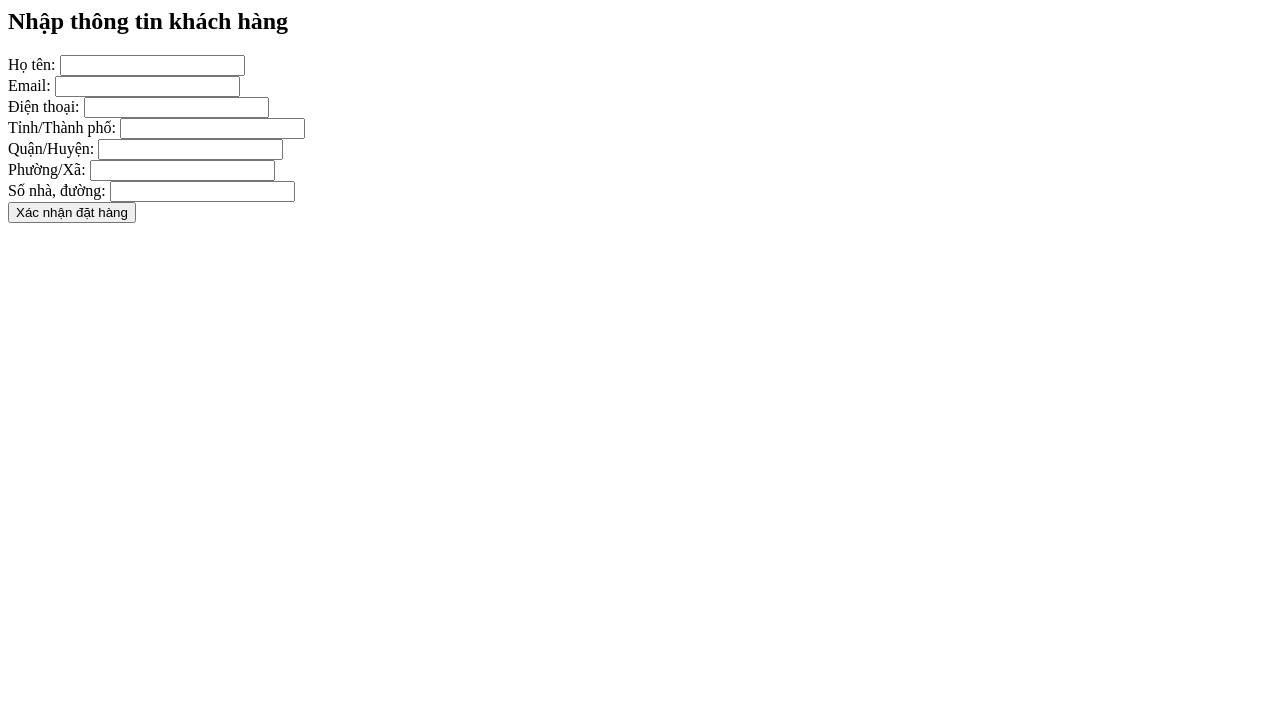
Repository: kienNB2005/QLBanHang
Page: http://localhost/views/client/order/info.php
These files come from the project's save history. The page is drawn as it stood at one moment and after the next save; the edit follows.
The browser window is 1280 px wide. The pictures show the whole page.
The page is run by PHP 8.4 with error messages shown; the project is at /var/www/html/.

Above is the page before, as saved 2025-09-16 00:25:39.

After the next save:
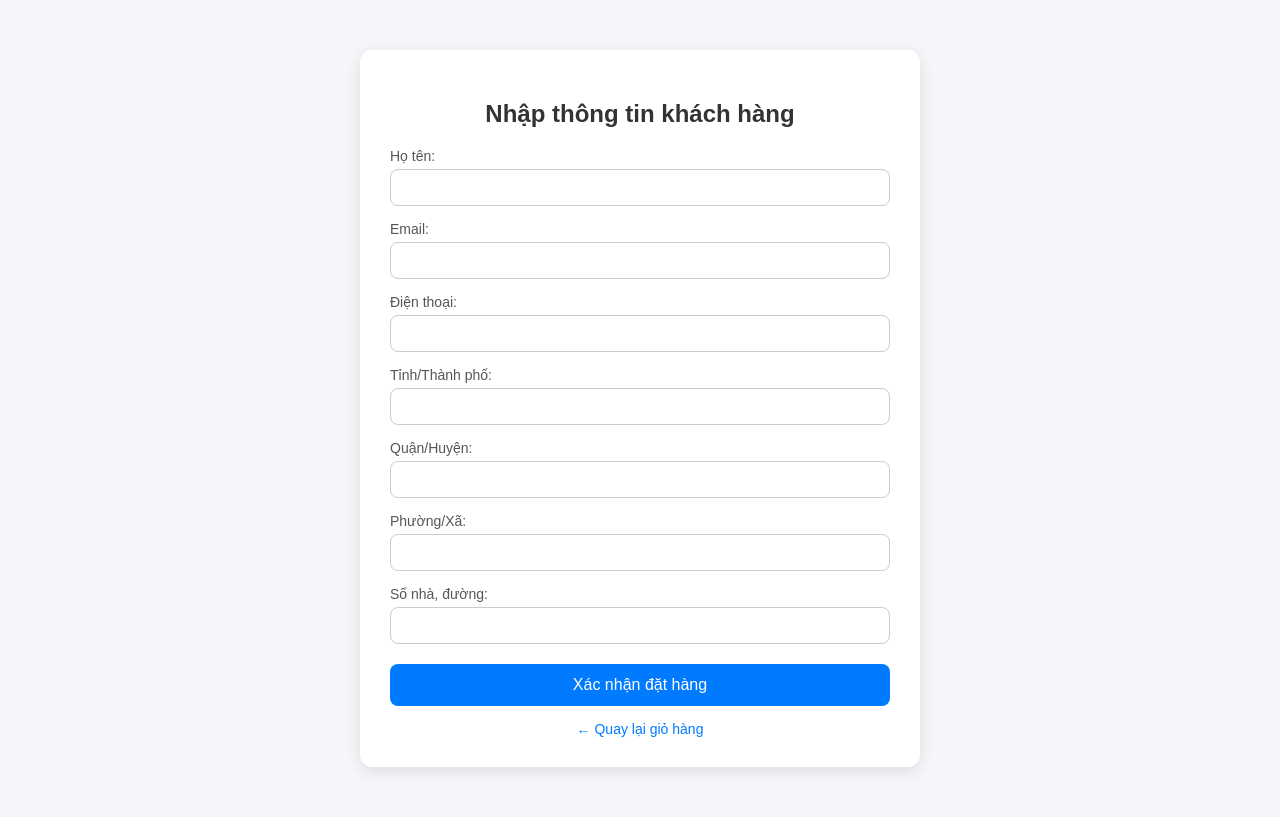
Saved 66 s later.
--- a/views/client/order/info.php
+++ b/views/client/order/info.php
@@ -2,14 +2,124 @@
 $cart = $_SESSION['cart_order'] ?? [];
 ?>
 
-<form method="post" action="index.php?page=order&action=save">
-    <h2>Nhập thông tin khách hàng</h2>
-    <label>Họ tên: <input type="text" name="customer_name" required></label><br>
-    <label>Email: <input type="email" name="email" required></label><br>
-    <label>Điện thoại: <input type="text" name="phone" required></label><br>
-    <label>Tỉnh/Thành phố: <input type="text" name="province" value="<?= htmlspecialchars($cart['province'] ?? '') ?>"></label><br>
-    <label>Quận/Huyện: <input type="text" name="district" value="<?= htmlspecialchars($cart['district'] ?? '') ?>"></label><br>
-    <label>Phường/Xã: <input type="text" name="ward" value="<?= htmlspecialchars($cart['ward'] ?? '') ?>"></label><br>
-    <label>Số nhà, đường: <input type="text" name="street_address" value="<?= htmlspecialchars($cart['street_address'] ?? '') ?>"></label><br>
-    <button type="submit">Xác nhận đặt hàng</button>
-</form>
+<!DOCTYPE html>
+<html lang="vi">
+<head>
+    <meta charset="UTF-8">
+    <title>Thông tin khách hàng</title>
+    <style>
+        body {
+            font-family: Arial, sans-serif;
+            background: #f4f6f9;
+            margin: 0;
+            padding: 0;
+        }
+
+        .container {
+            width: 500px;
+            margin: 50px auto;
+            background: #fff;
+            padding: 30px;
+            border-radius: 12px;
+            box-shadow: 0 4px 15px rgba(0,0,0,0.1);
+        }
+
+        h2 {
+            text-align: center;
+            margin-bottom: 20px;
+            color: #333;
+        }
+
+        label {
+            display: block;
+            margin-bottom: 15px;
+            font-size: 14px;
+            color: #555;
+        }
+
+        input[type="text"],
+        input[type="email"] {
+            width: 100%;
+            padding: 10px;
+            margin-top: 5px;
+            border: 1px solid #ccc;
+            border-radius: 8px;
+            box-sizing: border-box;
+            transition: all 0.3s ease;
+        }
+
+        input:focus {
+            border-color: #007bff;
+            outline: none;
+            box-shadow: 0 0 5px rgba(0,123,255,0.3);
+        }
+
+        button {
+            display: block;
+            width: 100%;
+            background: #007bff;
+            color: #fff;
+            font-size: 16px;
+            padding: 12px;
+            border: none;
+            border-radius: 8px;
+            cursor: pointer;
+            margin-top: 20px;
+            transition: background 0.3s ease;
+        }
+
+        button:hover {
+            background: #0056b3;
+        }
+
+        .back-link {
+            display: block;
+            text-align: center;
+            margin-top: 15px;
+            font-size: 14px;
+        }
+
+        .back-link a {
+            color: #007bff;
+            text-decoration: none;
+        }
+
+        .back-link a:hover {
+            text-decoration: underline;
+        }
+    </style>
+</head>
+<body>
+    <div class="container">
+        <h2>Nhập thông tin khách hàng</h2>
+        <form method="post" action="index.php?page=order&action=save">
+            <label>Họ tên:
+                <input type="text" name="customer_name" required>
+            </label>
+            <label>Email:
+                <input type="email" name="email" required>
+            </label>
+            <label>Điện thoại:
+                <input type="text" name="phone" required>
+            </label>
+            <label>Tỉnh/Thành phố:
+                <input type="text" name="province" value="<?= htmlspecialchars($cart['province'] ?? '') ?>">
+            </label>
+            <label>Quận/Huyện:
+                <input type="text" name="district" value="<?= htmlspecialchars($cart['district'] ?? '') ?>">
+            </label>
+            <label>Phường/Xã:
+                <input type="text" name="ward" value="<?= htmlspecialchars($cart['ward'] ?? '') ?>">
+            </label>
+            <label>Số nhà, đường:
+                <input type="text" name="street_address" value="<?= htmlspecialchars($cart['street_address'] ?? '') ?>">
+            </label>
+            <button type="submit">Xác nhận đặt hàng</button>
+        </form>
+
+        <div class="back-link">
+            <a href="index.php?page=cart&action=index">← Quay lại giỏ hàng</a>
+        </div>
+    </div>
+</body>
+</html>
